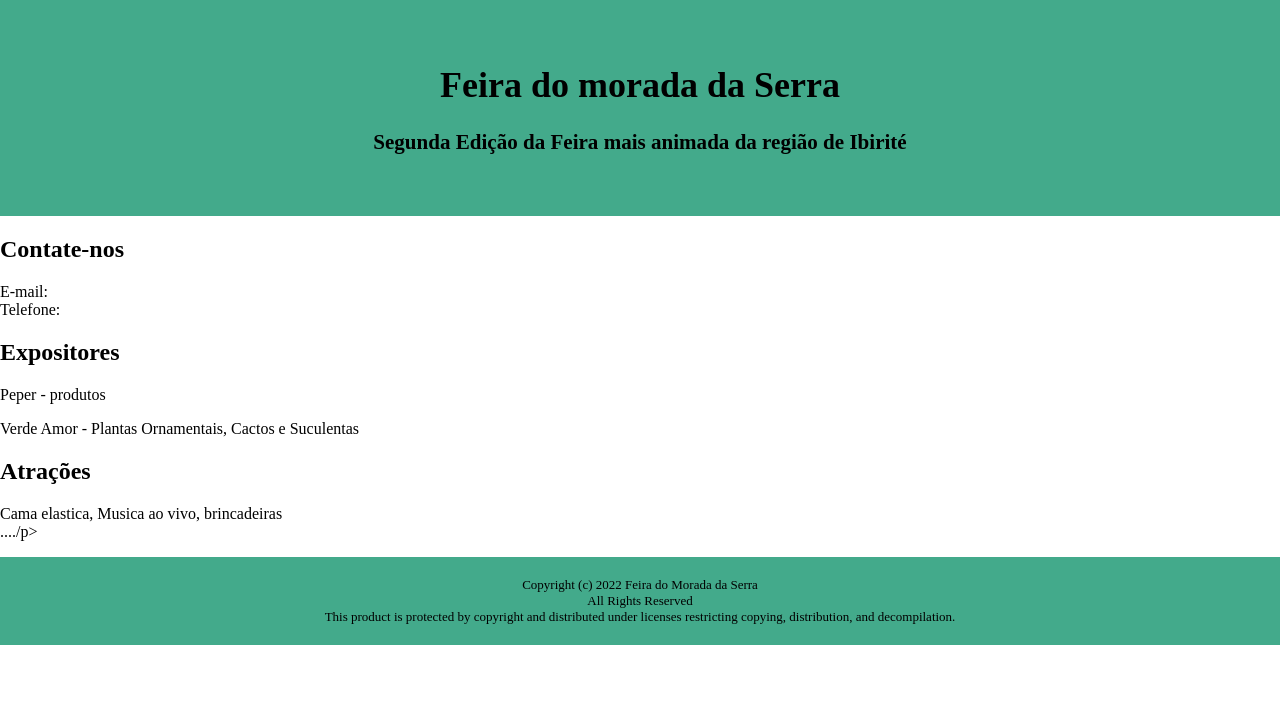
Repository: valerianogueirasilva/feiraibirite
Page: SoacialProject/Index.html
The author's editor kept a copy of each file at every save. The page is drawn from the files as they stood at one save, then again after the next save.
The browser window is 1280 px wide. The pictures show the whole page.

Above is the page before, as saved 2022-07-11 15:07:04.

### SoacialProject/Index.html
<!DOCTYPE html>
<html>
<head>
<meta charset="ISO-8859-1">
<title>Feira Social do Morada da Serra</title>
<link rel="stylesheet" type="text/css" href="Css/cssfile.css" >
<header id="HeaderId" class="HeaderClass">
<h1 id="H1HeaderId" class="H1HeaderClass">Feira do morada da Serra</h1>
<h3 id="H3HeaderId" class="H3HeaderClass">Segunda Edição da Feira mais animada da região de Ibirité</h3>
</header>

</head>
<body>

<div class="row">
  <div id="ColumnRigthId" class="ColumnRigthClass">
    <h2>Contate-nos</h2>
    <p>E-mail: <br> Telefone: <br> </p>
  </div>

  <div ide="ColumnMiddleId" class="ColumnMiddleClass">
    <h2>Expositores</h2>
    <p id="PeperId" Class="PeperClass"> Peper - produtos </p>
    <p id="VerdeAmorId" class="VerdeAmorClass"> Verde Amor - Plantas Ornamentais, Cactos e Suculentas</p>
    <p></p>
    <p></p>
    <p></p>
    <p></p>
    <p></p>
    <p></p>
    <p></p>
    <p></p>
    <p></p>
    <p></p>
    <p></p>
    <p></p>
    <p></p>
    <p></p>
    <p></p>
    <p></p>
    <p></p>
    <p></p>
    <p></p>
    <p></p>
    <p></p>
    <p></p>
    <p></p>
    <p></p>
    <p></p>
    <p></p>

  </div>

<div id="ColumnLeftId" class="ColumnLeftClass"">
    <h2>Atrações</h2>
    <p>Cama elastica, Musica ao vivo, brincadeiras ..../p>
  </div>
</div>


<footer ide="FooterId" class="FooterClass" >Copyright (c) 2022 Feira do Morada da Serra <br> All Rights Reserved <br>

This product is protected by copyright and distributed under
licenses restricting copying, distribution, and decompilation. </footer>

</body>
</html>

### SoacialProject/Css/cssfile.css
/*
Author: Valeria Nogueira
Date: 11 july 2022
Section: Social Project

https://coolors.co/f94144-f3722c-f8961e-fdc9b0-f9c74f-74a94c-43aa8b-4f9290-ffffff-040d10
*/

.HeaderClass {
   text-align: center;
   background: #43AA8B;
   padding: 40px;
   font-size: 18px;
}

body {
  margin: 0;
}

.ColumnRigthClass {
	width: 25%;
}
.ColumnMiddleClass{
	width: 50%;
}

.ColumnLeftClass {
	width: 25%;
}

/* Clear floats after the columns */
.row:after {
  content: "";
  display: table;
  clear: both;
}








.FooterClass {
	text-align: center;
	padding: 20px;
	background: #43AA8B;
	font-size: 13px;
}

After the next save:
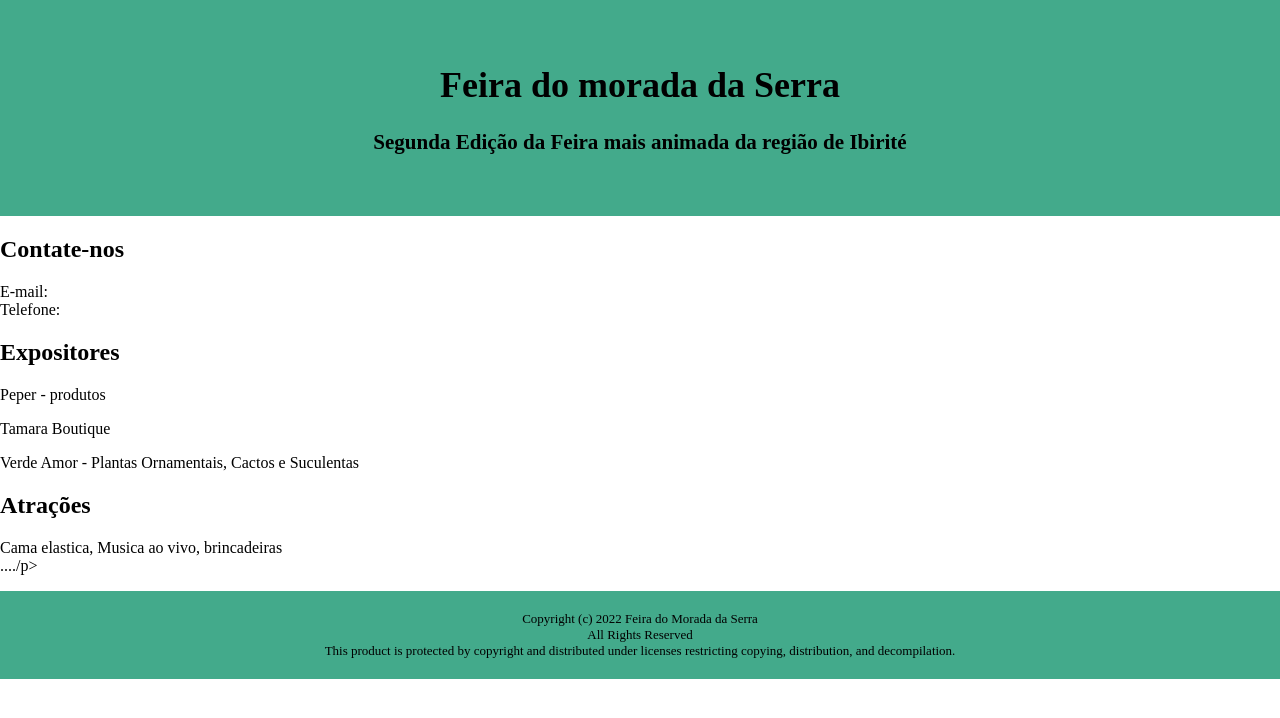
Saved 48 s later.
--- a/SoacialProject/Index.html
+++ b/SoacialProject/Index.html
@@ -21,8 +21,8 @@
   <div ide="ColumnMiddleId" class="ColumnMiddleClass">
     <h2>Expositores</h2>
     <p id="PeperId" Class="PeperClass"> Peper - produtos </p>
+    <p> Tamara Boutique </p>
     <p id="VerdeAmorId" class="VerdeAmorClass"> Verde Amor - Plantas Ornamentais, Cactos e Suculentas</p>
-    <p></p>
     <p></p>
     <p></p>
     <p></p>
